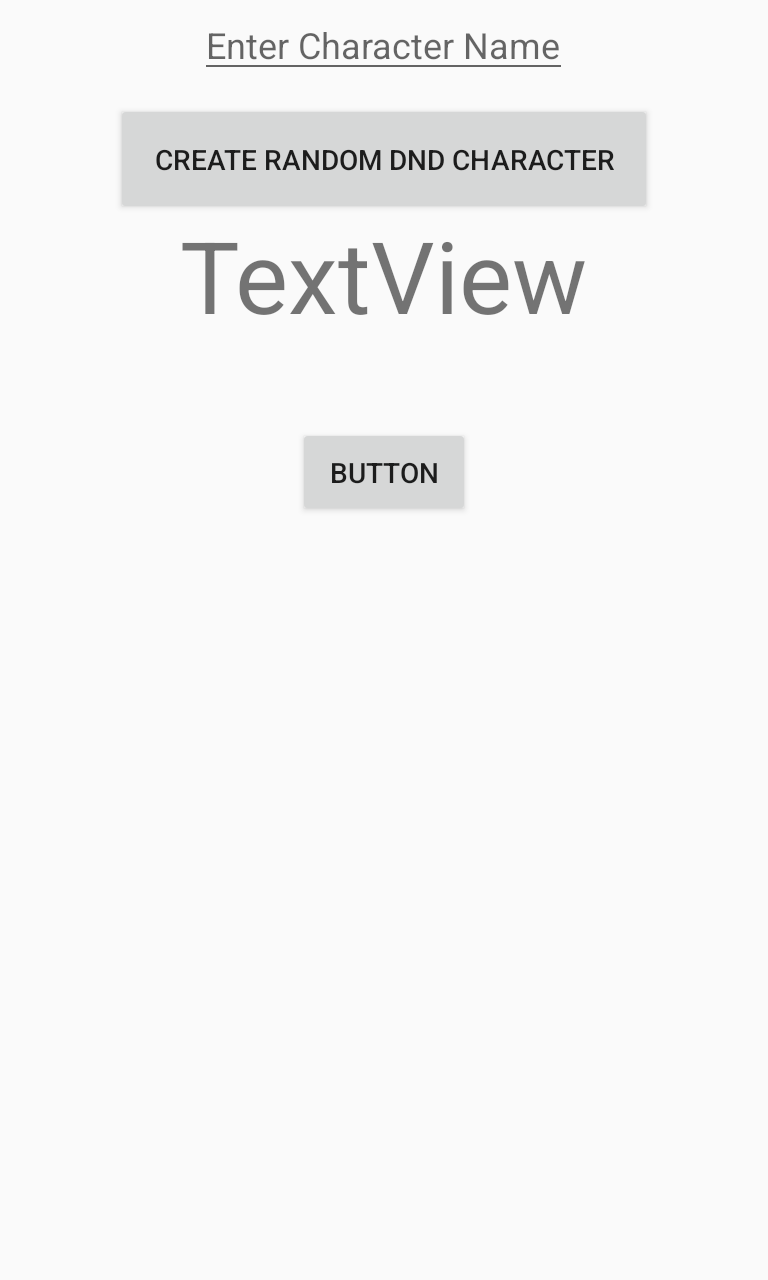
Repository: Vortelf/DnDAndroid
Layout: BuildApp/DnD/res/layout/activity_random_char.xml
The author's editor kept a copy of each file at every save. The layout is drawn from the files as they stood at one save, then again after the next save.
It is drawn on a 768 x 1280 px phone screen (xhdpi) without system bars, with theme AppTheme; the app's code is not run.

Above is the layout before, as saved 2014-11-09 05:24:33.

After the next save:
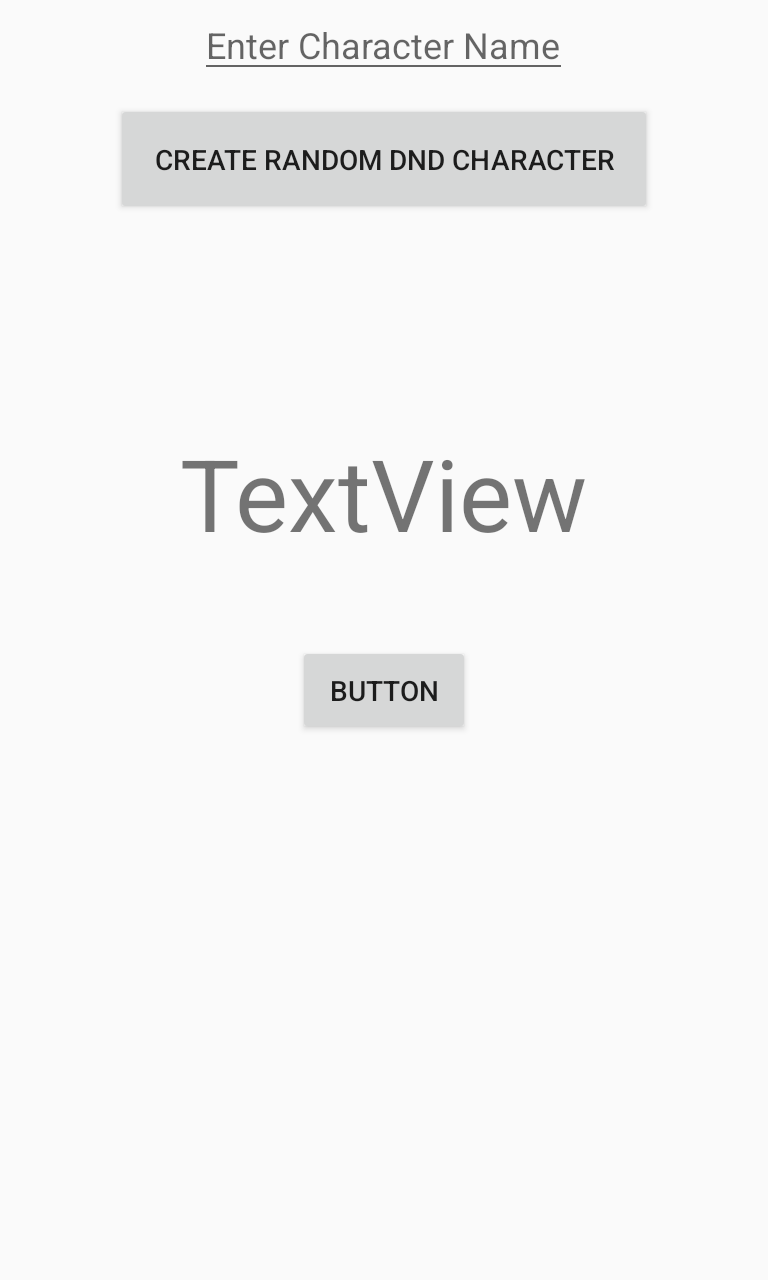
Saved 17 s later.
--- a/BuildApp/DnD/res/layout/activity_random_char.xml
+++ b/BuildApp/DnD/res/layout/activity_random_char.xml
@@ -81,7 +81,7 @@
 	        android:id="@+id/Roller"
 	        android:layout_width="wrap_content"
 	        android:layout_height="wrap_content"
-	        android:layout_below="@+id/AbiMod"
+	        android:layout_below="@+id/CharChar"
 	        android:layout_centerHorizontal="true"
 	        android:layout_marginTop="104dp"
 	        android:text="TextView"

After the save that followed:
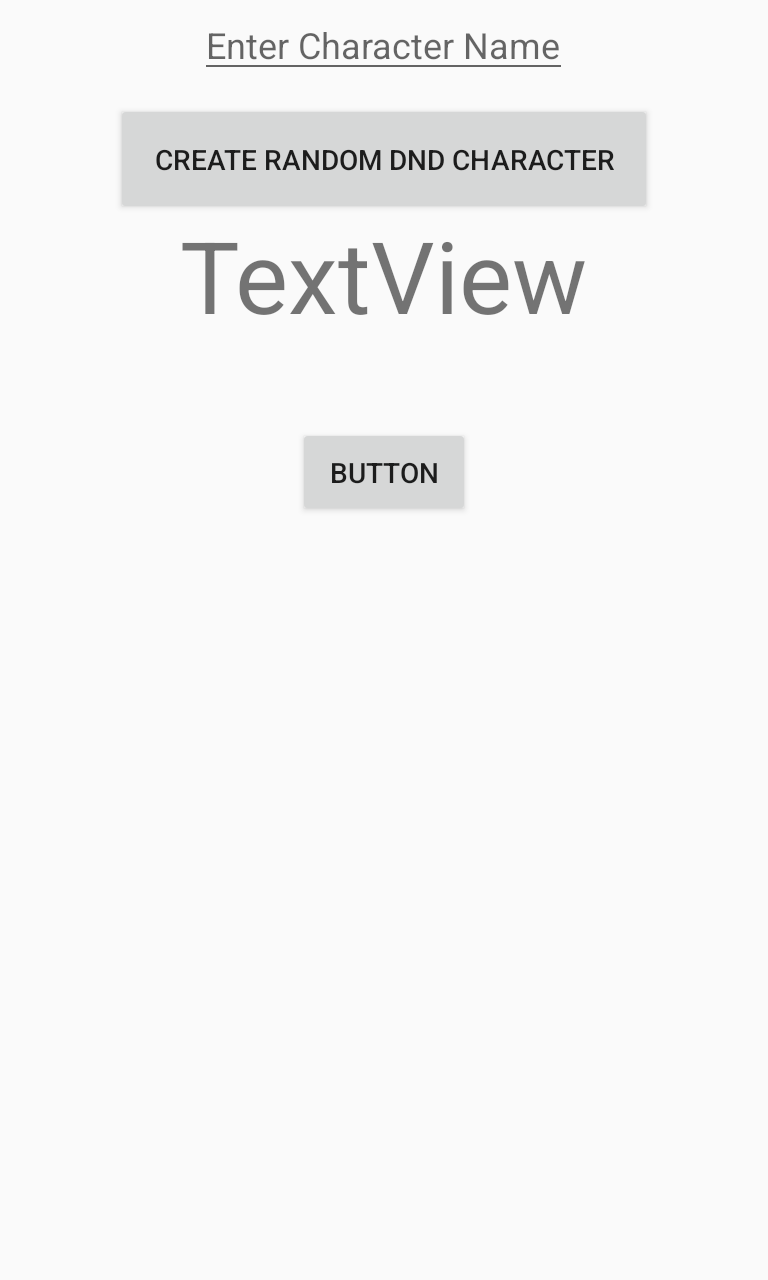
Saved 36 s later.
--- a/BuildApp/DnD/res/layout/activity_random_char.xml
+++ b/BuildApp/DnD/res/layout/activity_random_char.xml
@@ -81,7 +81,7 @@
 	        android:id="@+id/Roller"
 	        android:layout_width="wrap_content"
 	        android:layout_height="wrap_content"
-	        android:layout_below="@+id/CharChar"
+
 	        android:layout_centerHorizontal="true"
 	        android:layout_marginTop="104dp"
 	        android:text="TextView"
